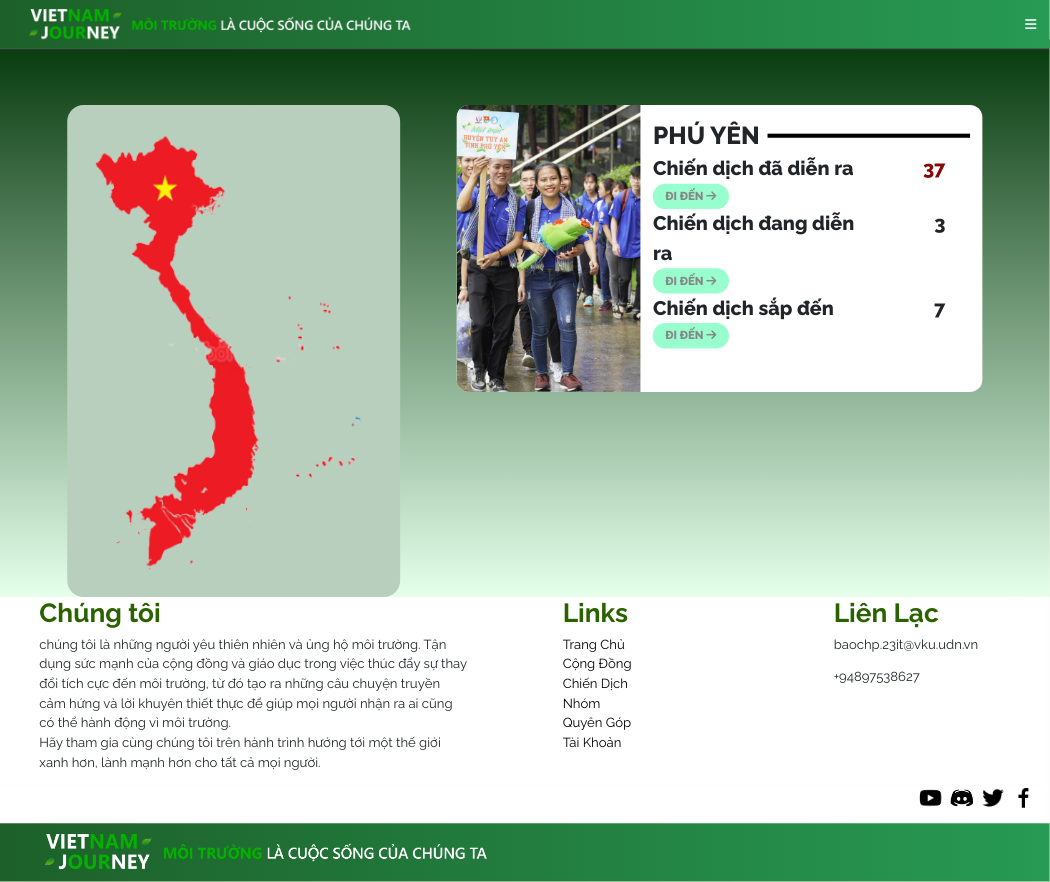
Repository: Boima12/Boima12.github.io_VietnamJourney
Page: HTML/ChienDich/ChienDich.html
The author's editor kept a copy of each file at every save. The page is drawn from the files as they stood at one save, then again after the next save.
The browser window is 1280 px wide. The pictures show the whole page, at 82% of full size.

Above is the page before, as saved 2024-05-25 08:04:40.

After the next save:
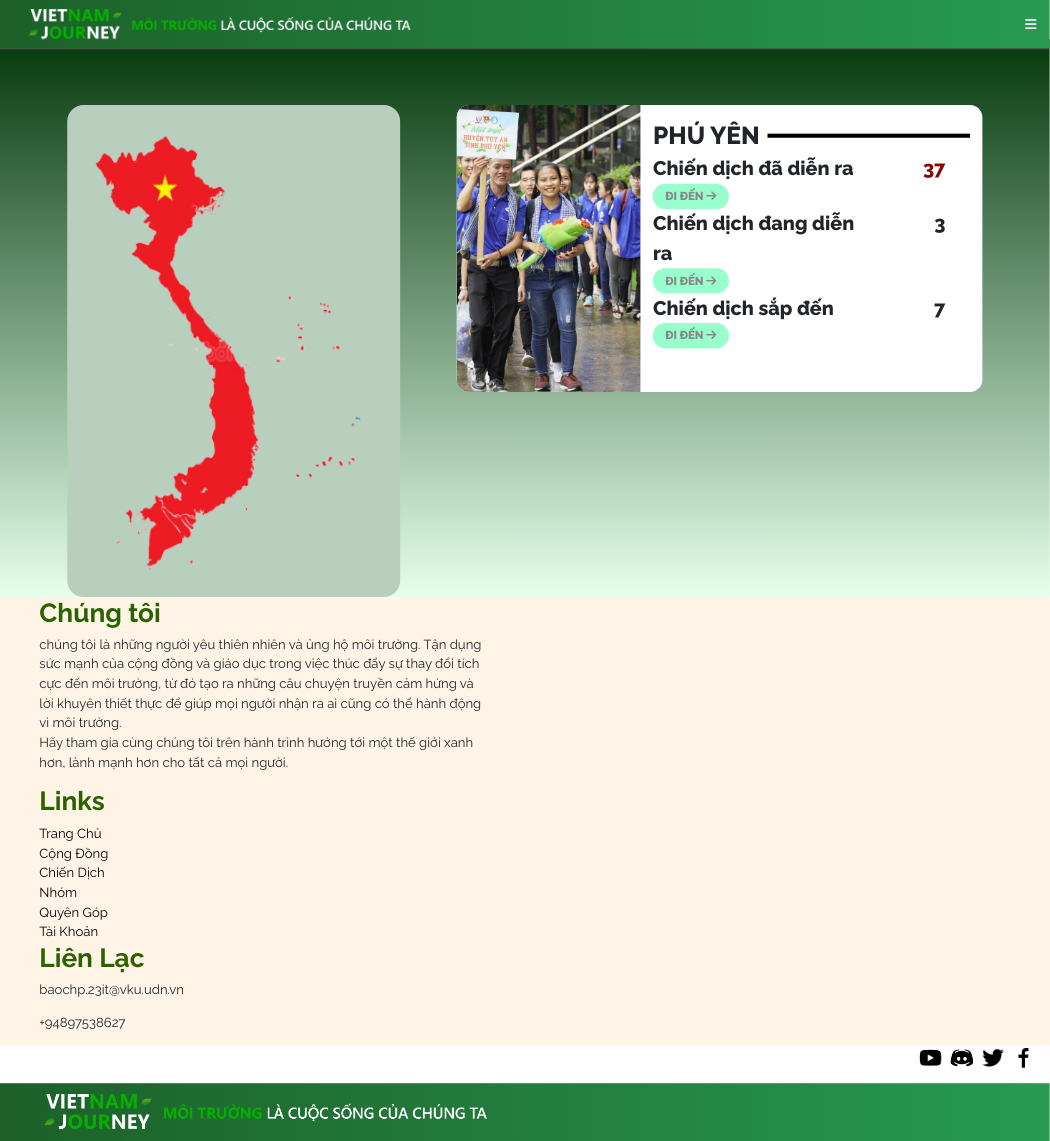
Saved 7 s later.
--- a/HTML/ChienDich/ChienDich.css
+++ b/HTML/ChienDich/ChienDich.css
@@ -279,6 +279,8 @@
     color: #880707;
 }
 
+.right .content .inner-content .part .red
+
 /* END SECTION-ONE */
 
 

After the 3 saves that followed:
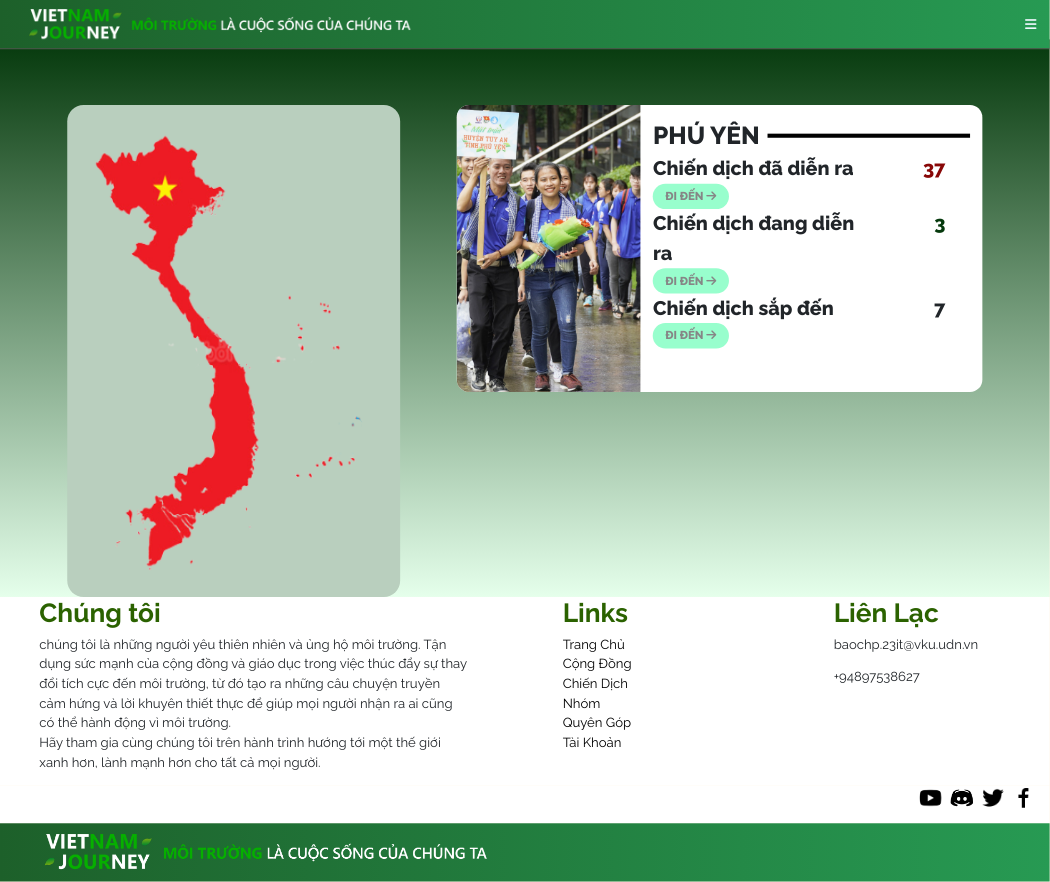
The 3 saves are shown as one change because they came seconds apart.
The last was saved 10 s later.
--- a/HTML/ChienDich/ChienDich.css
+++ b/HTML/ChienDich/ChienDich.css
@@ -279,7 +279,9 @@
     color: #880707;
 }
 
-.right .content .inner-content .part .red
+.right .content .inner-content .part .green {
+    color: #05390C;
+}
 
 /* END SECTION-ONE */
 
